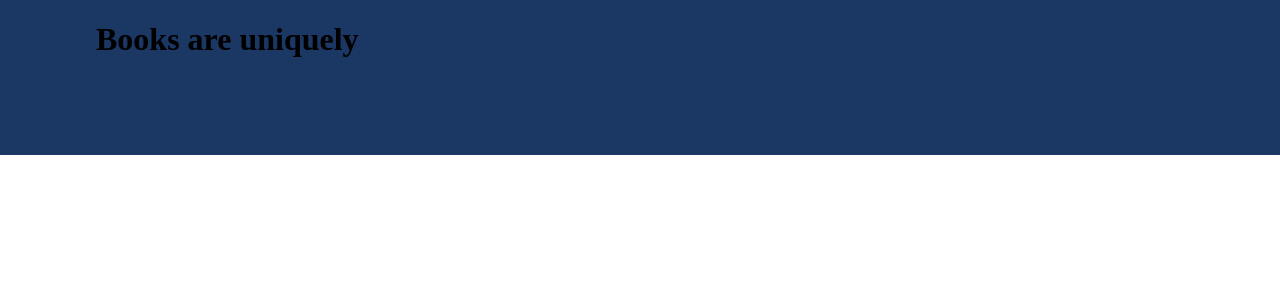
Repository: Godnorg/Class2
Page: index.html
These files come from the project's save history. The page is drawn as it stood at one moment and after the next save; the edit follows.
The browser window is 1280 px wide. The pictures show the whole page.

Above is the page before, as saved 2023-02-13 21:25:48.

After the next save:
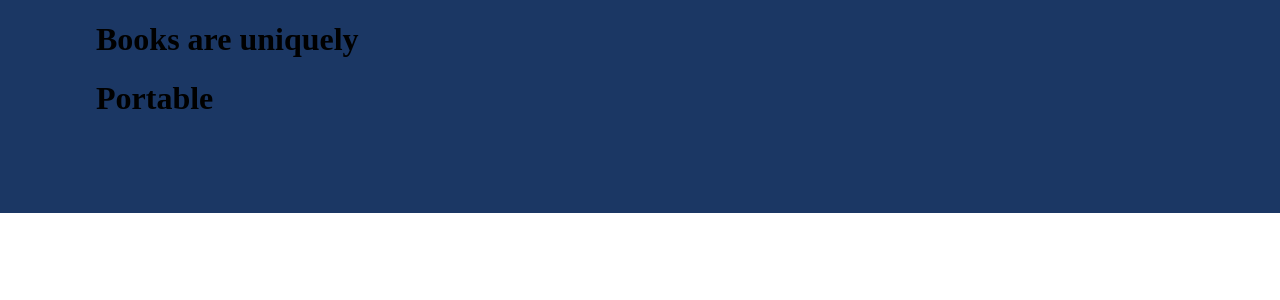
Saved 8 s later.
--- a/index.html
+++ b/index.html
@@ -16,6 +16,7 @@
         <div class="middle">
             <div>
                 <h1>Books are uniquely</h1>
+                <h1>Portable </h1>
             </div>
             <div>
 
